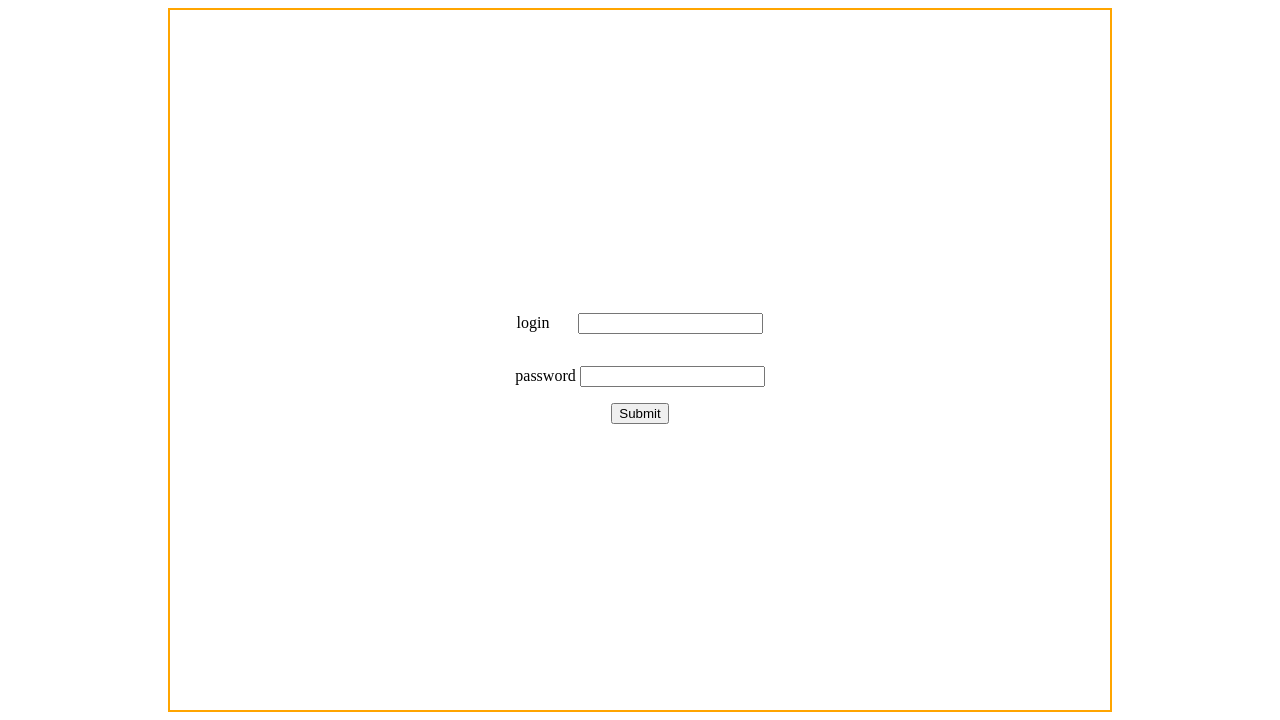
Repository: AndreyMykulych/javascript
Page: 11/index.html
The author's editor kept a copy of each file at every save. The page is drawn from the files as they stood at one save, then again after the next save.
The browser window is 1280 px wide. The pictures show the whole page.

Above is the page before, as saved 2023-04-27 23:16:37.

### 11/index.html
<!DOCTYPE html>
<html lang="en">
<head>
    <meta charset="UTF-8">
    <meta http-equiv="X-UA-Compatible" content="IE=edge">
    <meta name="viewport" content="width=device-width, initial-scale=1.0">
    <title>Document</title>
</head>
<script src="one.js"></script>
<style>
     .auth{
         display: flex;
         flex-direction: column;
         justify-content: center;
        width: 58.75rem;
        height: 43.75rem;
        margin: 0 auto;
        border: 2px solid orange;

    }
    .passPar,.loginPar{
        text-align: center;
    }
    .pizzaForm{
        display: none;
        width: 58.75rem;
        height: 43.75rem;
        margin: 0 auto;
        border: 2px solid orange;
    }

</style>
<body>

    <form class="auth" >
      <p class="loginPar">
        <label style="margin-right:25px" for="login">login</label>
        <input type="text" id="login">
      </p>

       <p class="passPar">
              <label for="password">password</label>
               <input type="password" id="password">
       </p>
       <button style='width: fit-content; margin: 0 auto;' class="submit">Submit</button>
    </form>


    <form class="pizzaForm">

    </form>

</body>
</html>

### 11/one.js
window.onload = () => {
    let formElLoggin = document.querySelector('.auth');
    let formElPizza = document.querySelector('.pizzaForm');

    formElLoggin.onsubmit = (e) => {
        let login = document.querySelector("#login")
        let password = document.querySelector("#password")

        if (login.value.length === 0 || password.value.length === 0) {
            document.querySelector('.auth').style.backgroundColor = 'red'
            setTimeout(() => { alert('Веддіть логін і пароль вірно!') }, 500);
            return false
        }
        else if (login.value !== 'user' && password.value !== '123456') {
            document.querySelector('.auth').style.backgroundColor = 'red'
            setTimeout(() => { alert('Веддіть логін і пароль вірно!') }, 500);
            return false
        }
        else if (login.value === 'user' && password.value === '123456'){
            formElLoggin.style.display = 'none'

        }
        formElPizza.style.display = 'block'
            return true
    }

}

After the next save:
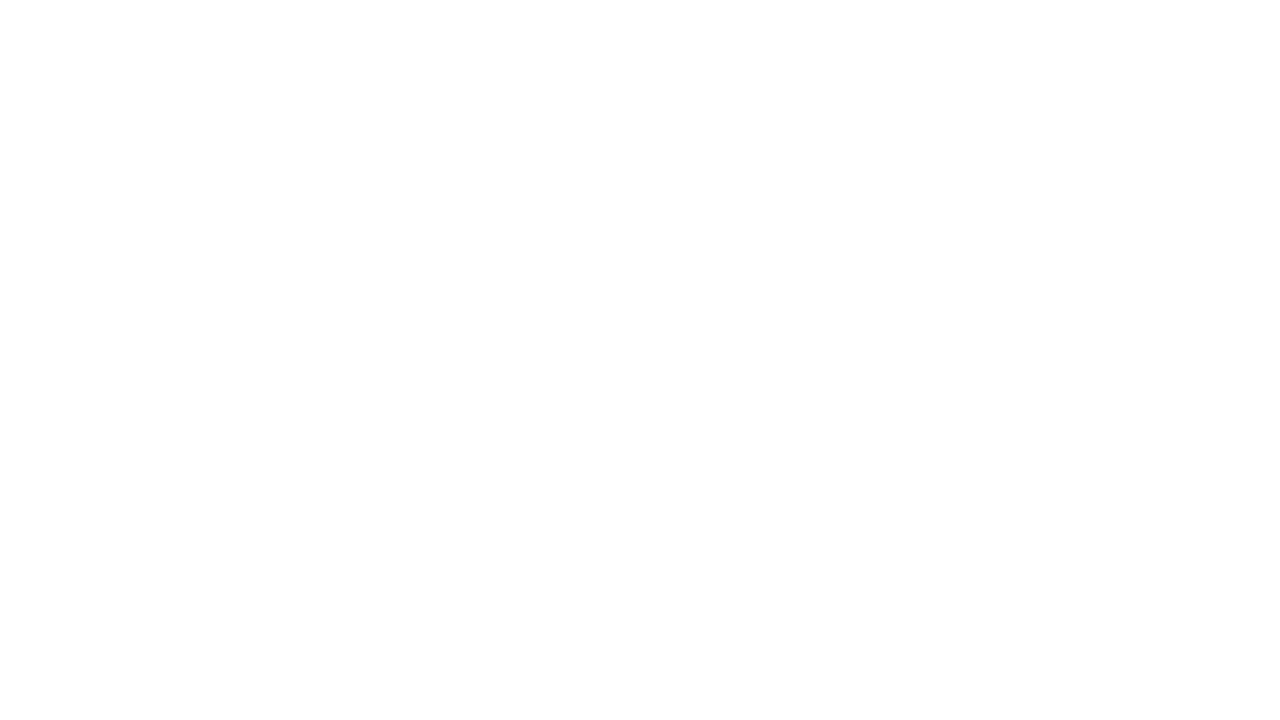
Saved 38 s later.
--- a/11/one.js
+++ b/11/one.js
@@ -23,5 +23,5 @@
         formElPizza.style.display = 'block'
             return true
     }
-
+   formElLoggin.style.display='none'
 }

After the save that followed:
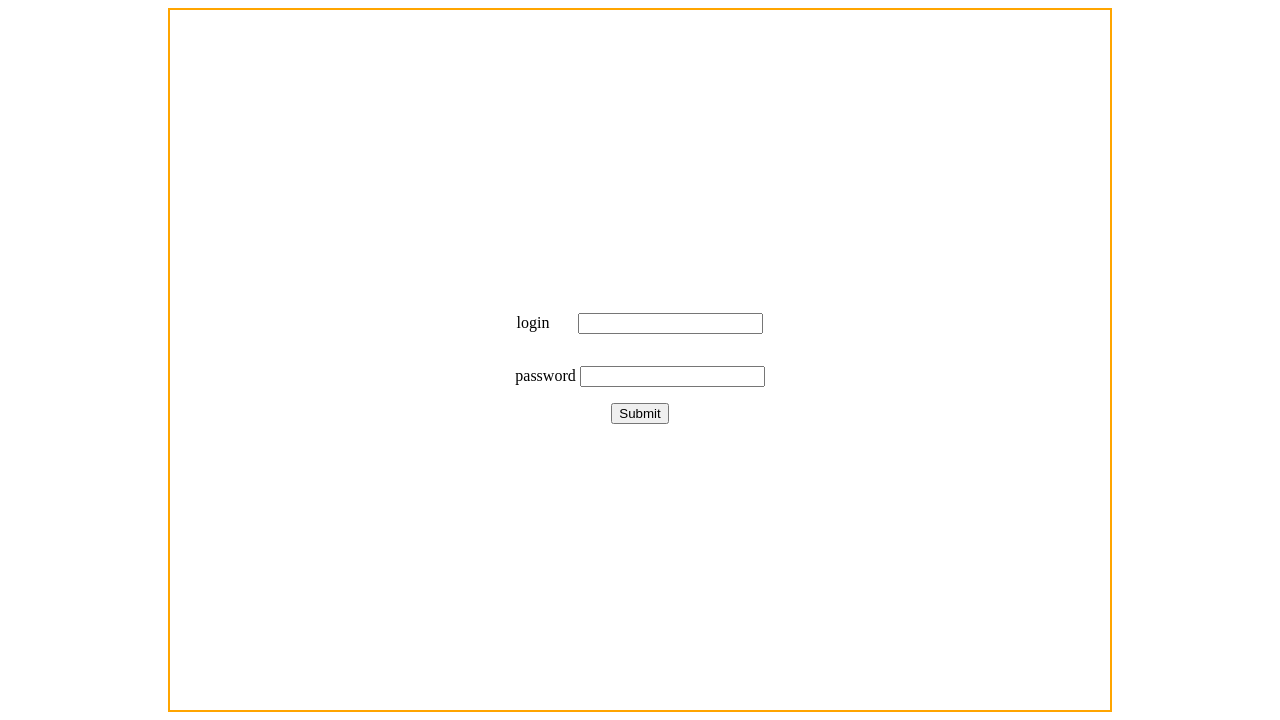
Saved 30 s later.
--- a/11/one.js
+++ b/11/one.js
@@ -1,6 +1,7 @@
 window.onload = () => {
     let formElLoggin = document.querySelector('.auth');
     let formElPizza = document.querySelector('.pizzaForm');
+
 
     formElLoggin.onsubmit = (e) => {
         let login = document.querySelector("#login")
@@ -18,10 +19,10 @@
         }
         else if (login.value === 'user' && password.value === '123456'){
             formElLoggin.style.display = 'none'
+            formElPizza.style.display = 'block'
+        }
 
-        }
-        formElPizza.style.display = 'block'
             return true
     }
-   formElLoggin.style.display='none'
+
 }
